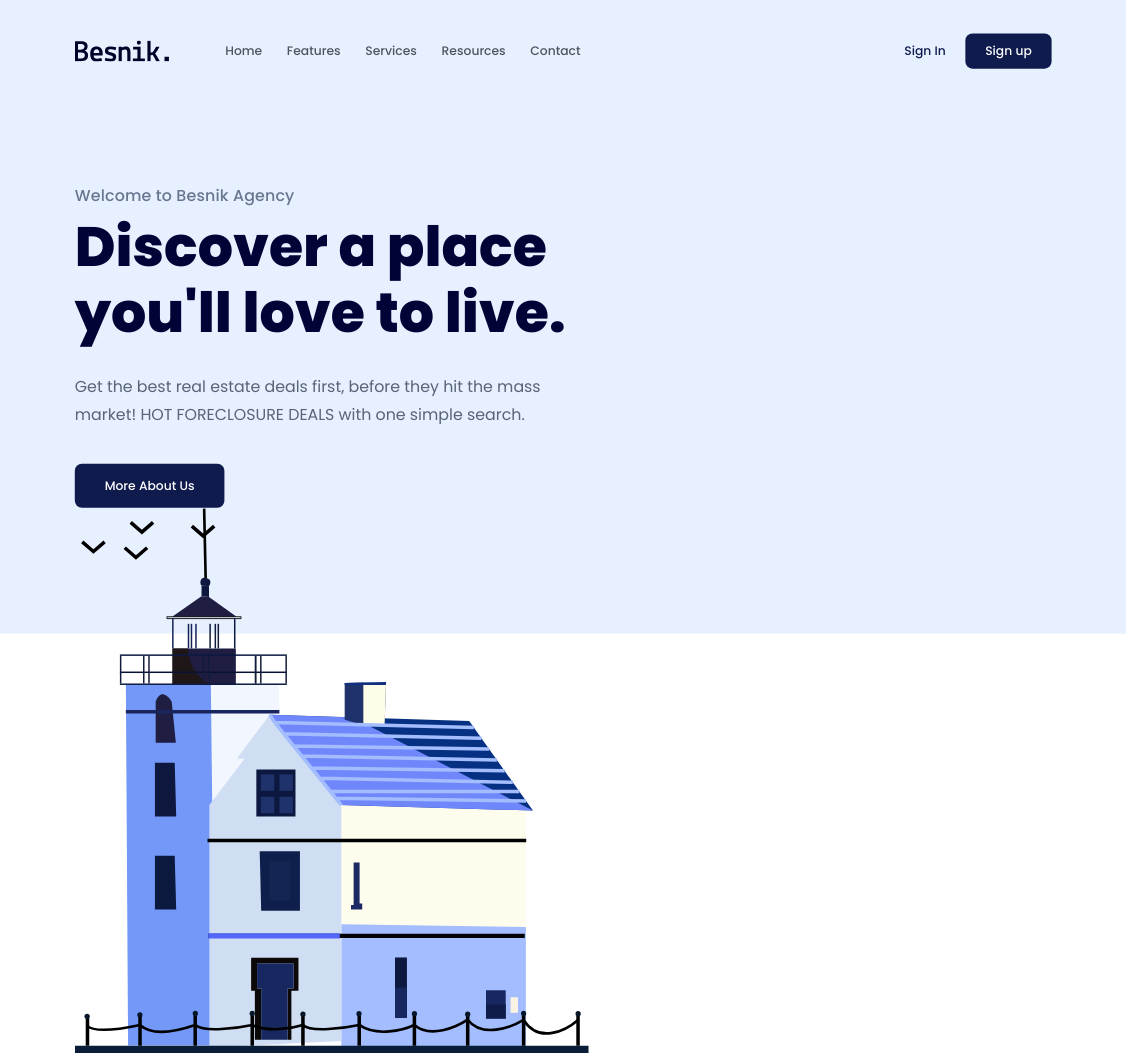
Repository: jessicapaa/F8-Project-01
Page: index.html
The author's editor kept a copy of each file at every save. The page is drawn from the files as they stood at one save, then again after the next save.
The browser window is 1280 px wide. The pictures show the whole page, at 88% of full size.

Above is the page before, as saved 2024-03-08 08:35:26.

After the next save:
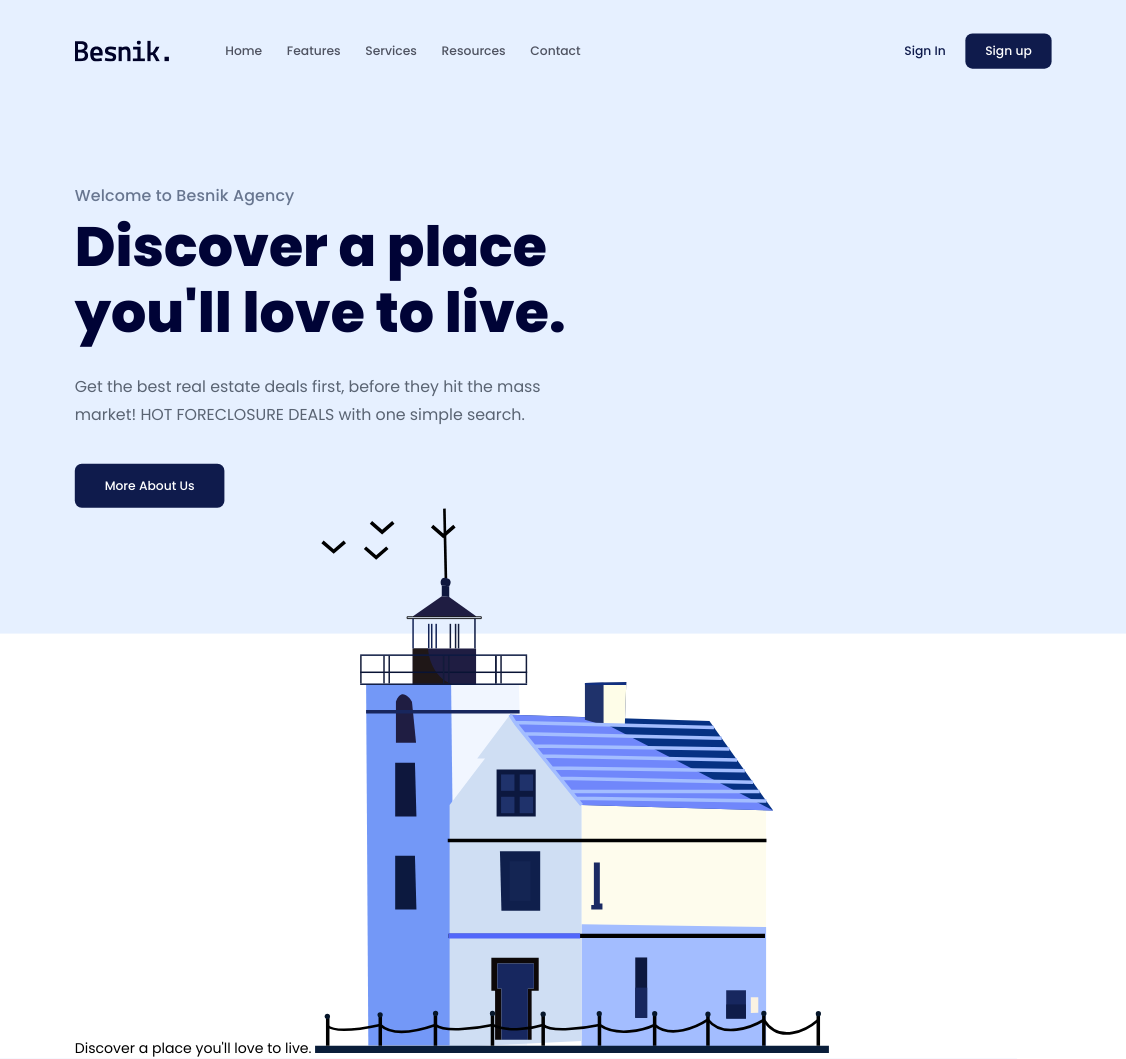
Saved 31 s later.
--- a/index.html
+++ b/index.html
@@ -40,8 +40,8 @@
                     <!-- info  -->
                     <div class="info">
                         <p class="sub-title">Welcome to Besnik Agency</p>
-                        <h1 class="title">Discover a place
-                            you'll love to live.
+                        <h1 class="title">
+                            Discover a place you'll love to live.
                         </h1>
                         <p class="desc">Get the best real estate deals first,
                             before they hit the mass market! HOT FORECLOSURE DEALS with one simple search.</p>
@@ -49,7 +49,8 @@
                     </div>
 
                     <!-- img  -->
-                    <img src="./assets/img/hero-img.svg" class="hero-img" alt="H">
+                    Discover a place you'll love to live.
+                    <img src="./assets/img/hero-img.svg" class="hero-img" alt="">
                 </div>
             </div>
 

After the save that followed:
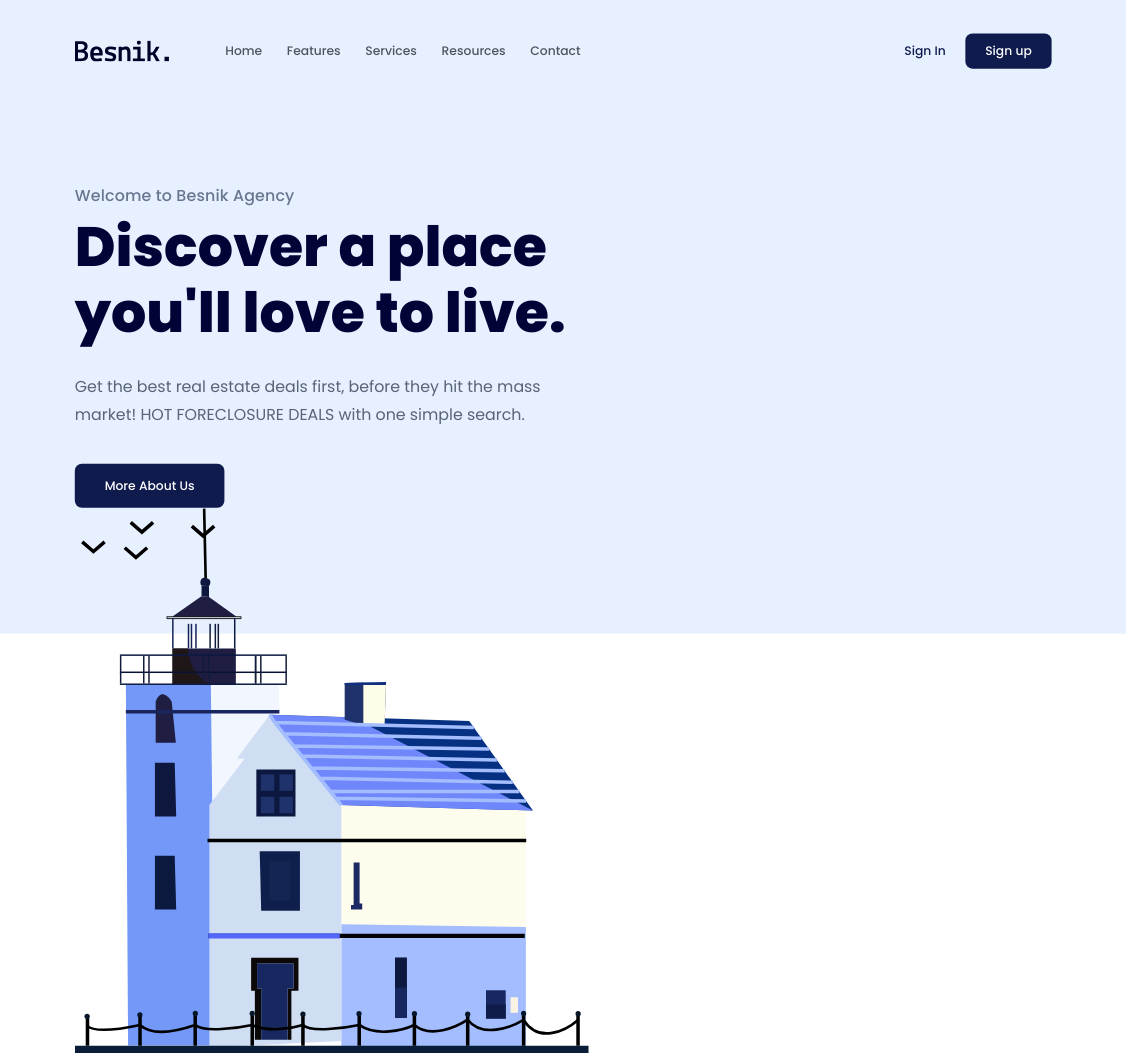
Saved 4 min 34 s later.
--- a/index.html
+++ b/index.html
@@ -49,8 +49,7 @@
                     </div>
 
                     <!-- img  -->
-                    Discover a place you'll love to live.
-                    <img src="./assets/img/hero-img.svg" class="hero-img" alt="">
+                    <img src="./assets/img/hero-img.svg" class="hero-img" alt="Discover a place you'll love to live.">
                 </div>
             </div>
 
